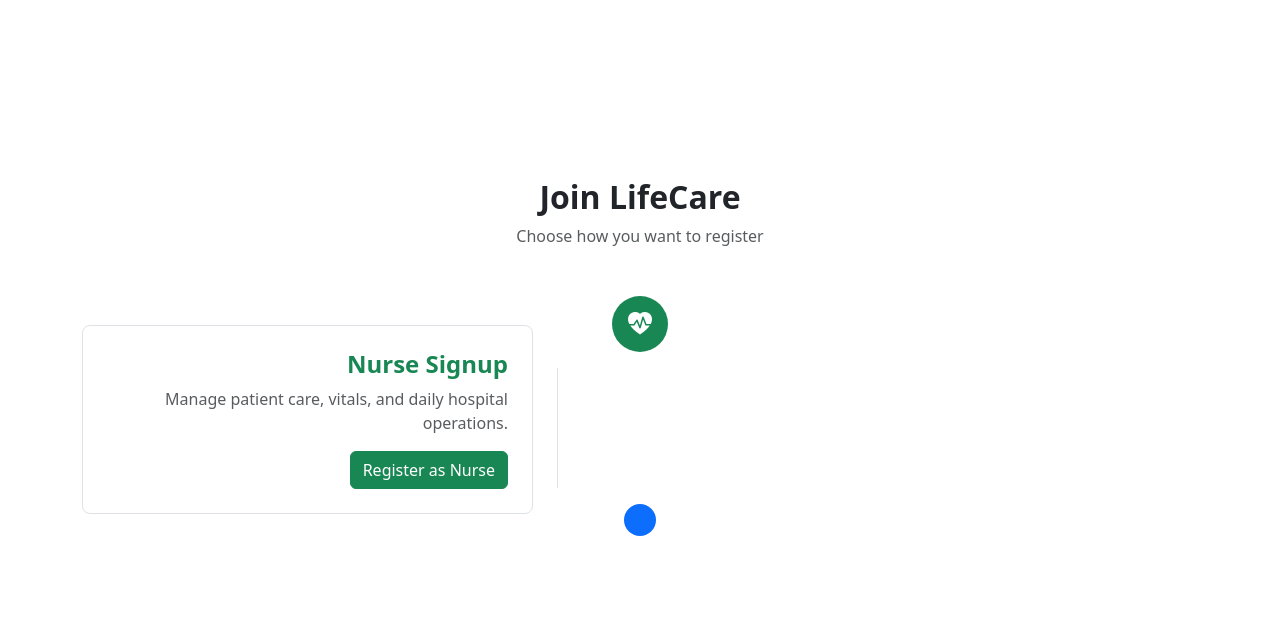
Repository: Rajasekaran0415/LifeCare-Management-System
Page: Project/signup.html
These files come from the project's save history. The page is drawn as it stood at one moment and after the next save; the edit follows.
The browser window is 1280 px wide. The pictures show the whole page.

Above is the page before, as saved 2025-12-26 21:33:57.

After the next save:
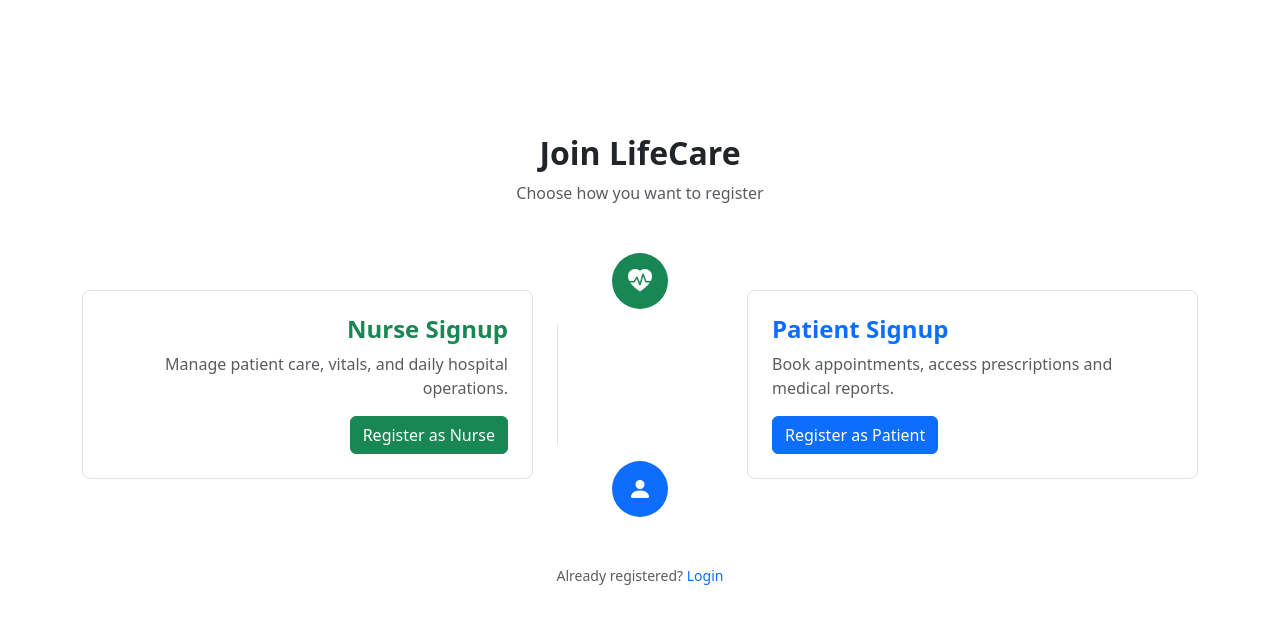
Saved 31 s later.
--- a/Project/signup.html
+++ b/Project/signup.html
@@ -47,4 +47,33 @@
         <div class="border-start mx-auto" style="height:120px;"></div>
         <div class="mt-3">
           <span class="badge rounded-circle bg-primary p-3">
-            <i class="bi bi-person-fill fs-4
+            <i class="bi bi-person-fill fs-4"></i>
+          </span>
+        </div>
+      </div>
+
+      <!-- Patient -->
+      <div class="col-md-5">
+        <div class="p-4 border rounded-3">
+          <h4 class="fw-bold text-primary">Patient Signup</h4>
+          <p class="text-muted">
+            Book appointments, access prescriptions and medical reports.
+          </p>
+          <a href="patientsignup.html" class="btn btn-primary">
+            Register as Patient
+          </a>
+        </div>
+      </div>
+
+    </div>
+
+    <!-- Footer -->
+    <div class="text-center mt-5 text-muted small">
+      Already registered?
+      <a href="login.html" class="text-decoration-none">Login</a>
+    </div>
+
+  </div>
+
+</body>
+</html>
